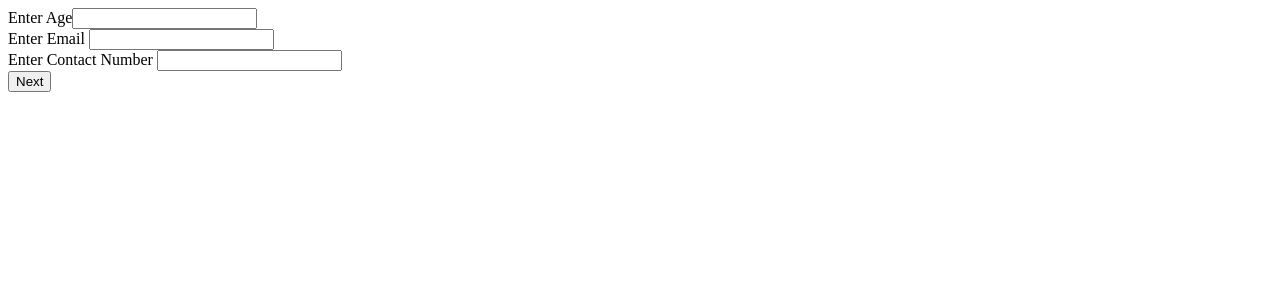
Repository: vinayingalahalli/java_batch1_revature
Page: revature_java/cookie_demo/WebContent/three.html
The author's editor kept a copy of each file at every save. The page is drawn from the files as they stood at one save, then again after the next save.
The browser window is 1280 px wide. The pictures show the whole page.

Above is the page before, as saved 2019-09-12 14:08:31.

After the next save:
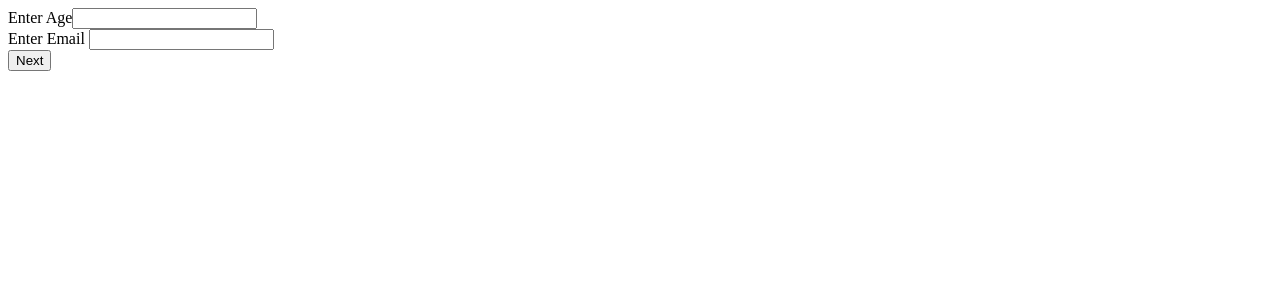
Saved 3 s later.
--- a/revature_java/cookie_demo/WebContent/three.html
+++ b/revature_java/cookie_demo/WebContent/three.html
@@ -8,7 +8,7 @@
 <form action="summary">
 Enter Age<input type="number" name="age"/><br/>
 Enter Email <input type="email" name="email"/><br/>
-Enter Contact Number <input type="number" name="contact"/><br/>
+
 <input type="submit" value="Next">
 </form>
 </body>
